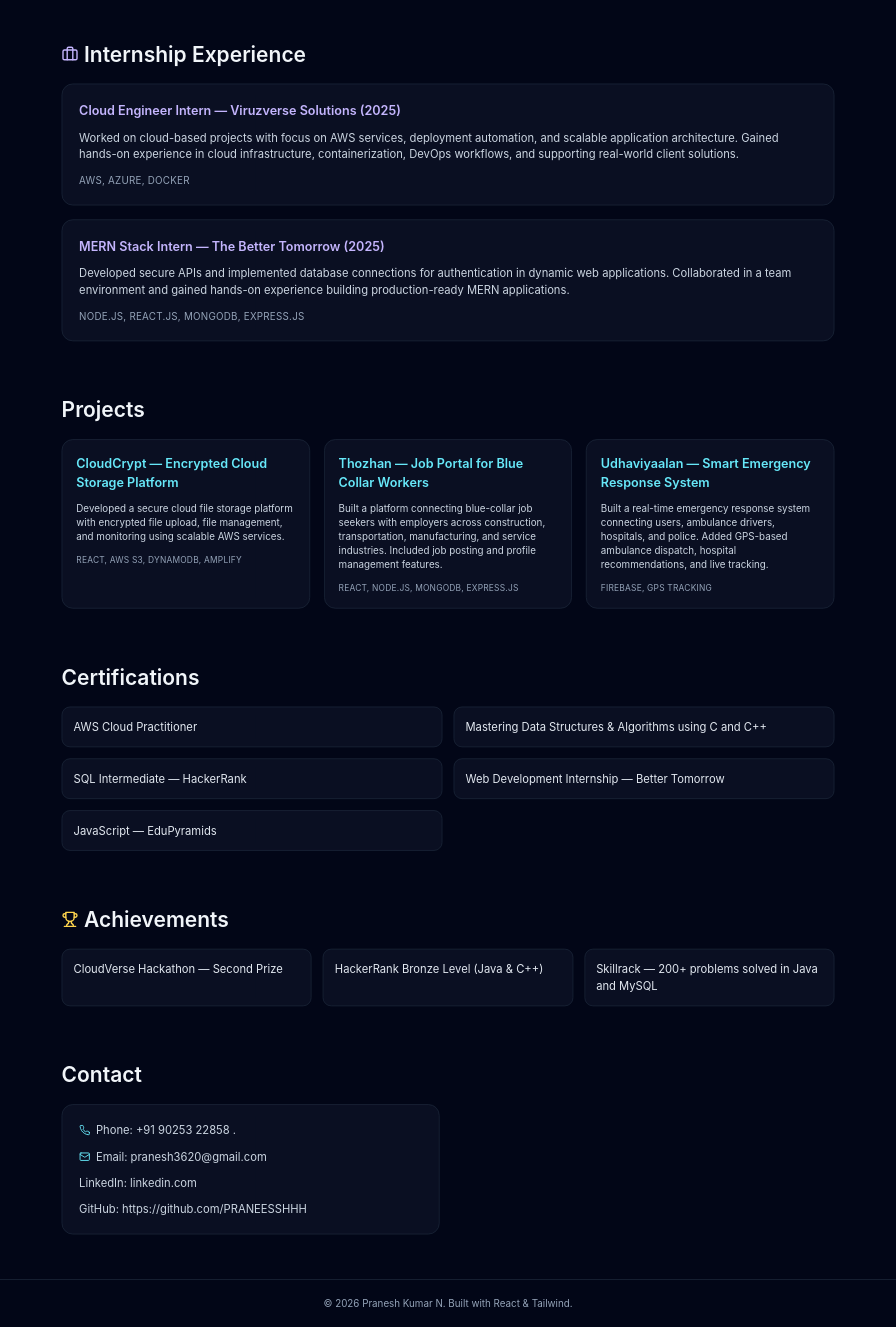
Repository: PRANEESSHHH/Portfolio
Page: /
An editor plug-in stored every save of this project. The page is shown before and after the next save, followed by the edit.
The browser window is 1280 px wide. The pictures show the part of the page from y = 1409 to 3329 px (the page is 3305 px tall before and 3329 px after), at 70% of full size.
The project was rebuilt for these pictures with package versions that can differ from the ones it lists, and the page was loaded fresh each time. Also part of the build but not shown: vite.config.ts. Imported but missing from the stored project, and not drawn on this page: resume/PRANESH KUMAR N RESUME .pdf.

Above is the page before, as saved 2026-05-28 15:43:19.

After the next save:
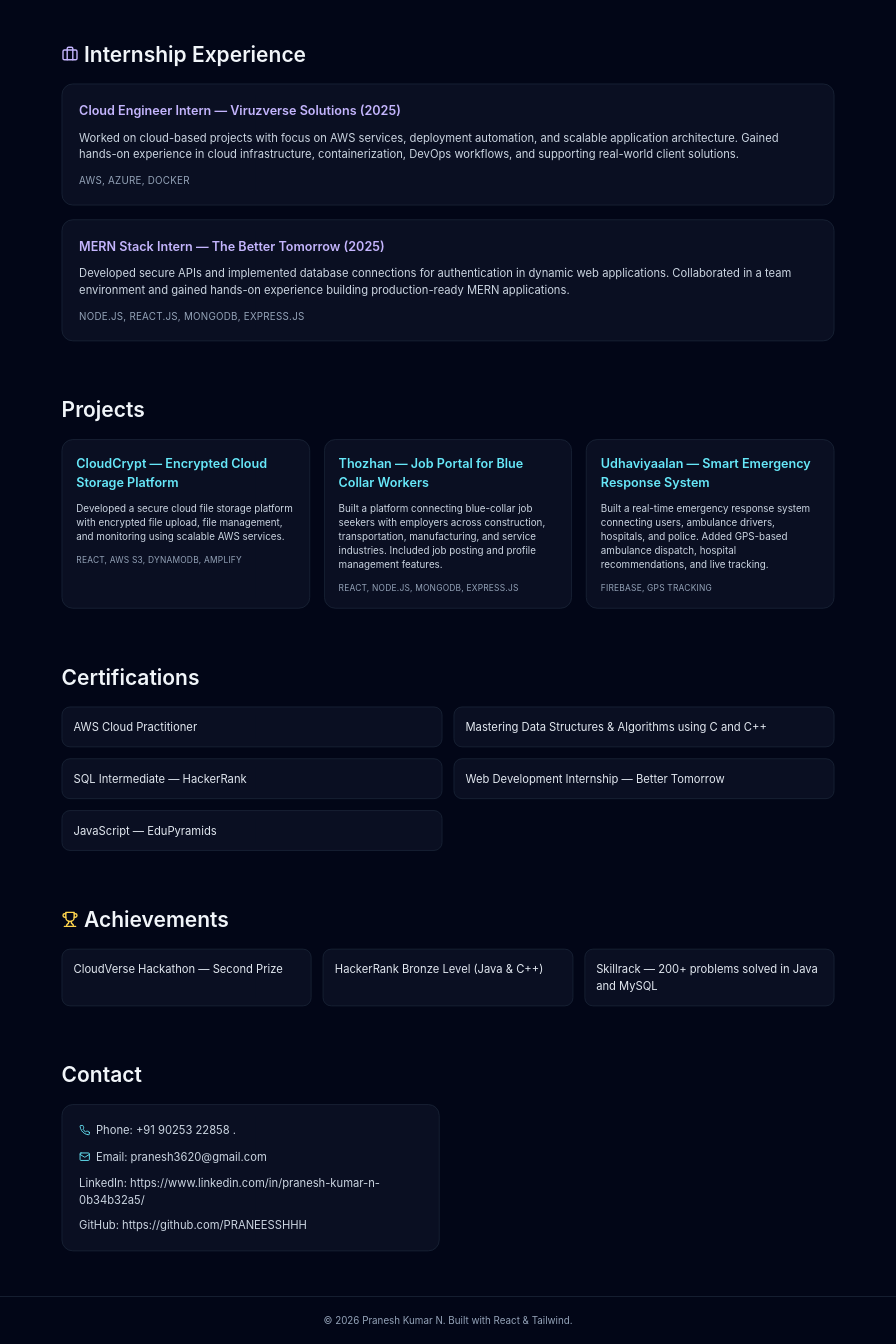
Saved 28 s later.
--- a/src/App.tsx
+++ b/src/App.tsx
@@ -394,7 +394,7 @@ function App() {
             <p className=" mt-3 inline-flex items-center gap-2 text-slate-300">
               <Mail size={16} className="text-cyan-300" /> Email: pranesh3620@gmail.com
             </p>
-            <p className="mt-3 text-slate-300">LinkedIn: linkedin.com</p>
+            <p className="mt-3 text-slate-300">LinkedIn: https://www.linkedin.com/in/pranesh-kumar-n-0b34b32a5/</p>
             <p className="mt-3 text-slate-300">GitHub: https://github.com/PRANEESSHHH</p>
           </div>
         </div>
